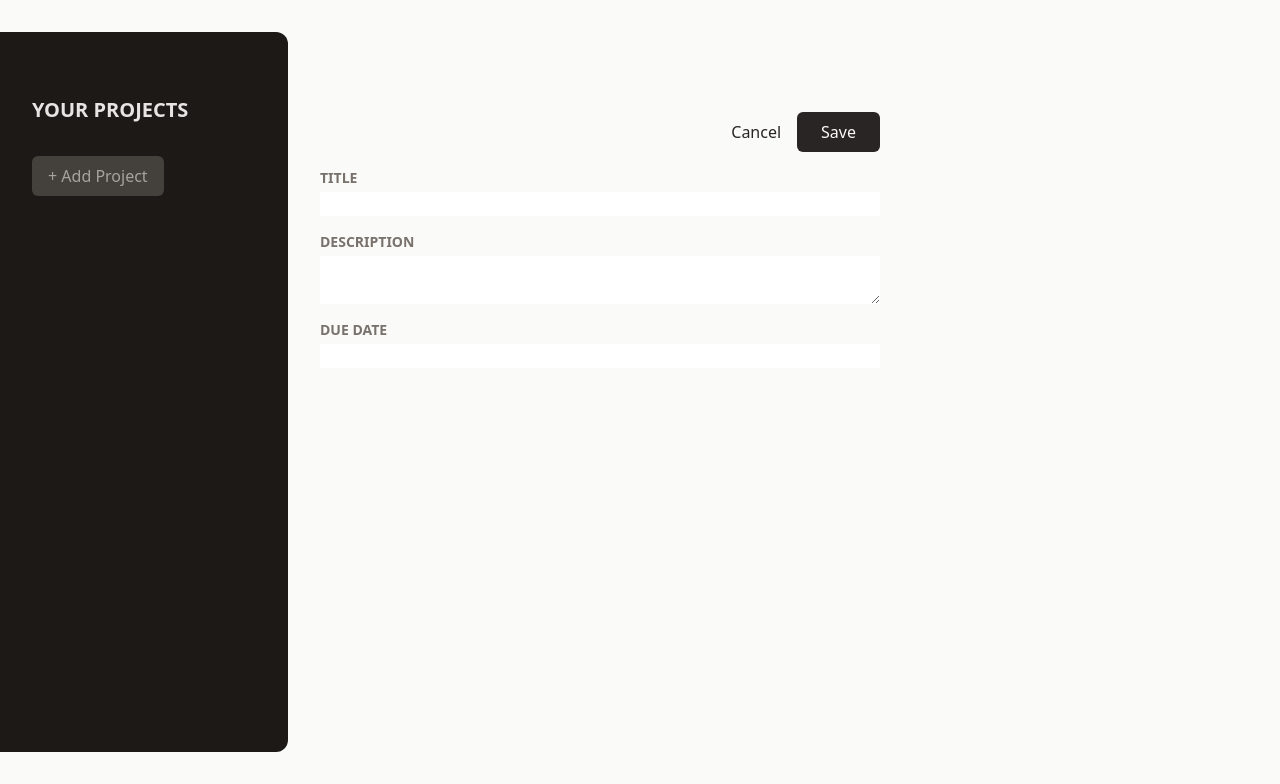
Repository: collyrium921/project-management
Page: /
These files come from the project's save history. The page is drawn as it stood at one moment and after the next save; the edit follows.
The browser window is 1280 px wide. The pictures show the whole page.
The project was rebuilt for these pictures with package versions that can differ from the ones it lists, and the page was loaded fresh each time. Also part of the build but not shown: vite.config.js.

Above is the page before, as saved 2024-07-11 01:58:29.

### src/App.jsx
import NewProject from "./components/NewProject";
import ProjectsSidebar from "./components/ProjectsSidebar";

function App() {
  return (
    <main className="h-screen my-8 flex gap-8">
      <ProjectsSidebar />
      <NewProject />
    </main>
  );
}

export default App;

### src/components/NewProject.jsx
import Input from "./Input";

export default function NewProject() {
  return (
    <div className="w-[35rem] mt-16">
      <menu className="flex items-center justify-end gap-4 my-4">
        <li>
          <button className="text-stone-800 hover:text-stone-950">Cancel</button>
        </li>
        <li>
          <button className="px-6 py-2 rounded-md bg-stone-800 text-stone-50 hover:bg-stone-950">Save</button>
        </li>
      </menu>
      <div>
        <Input label="Title" />
        <Input label="Description" textarea />
        <Input label="Due Date" />
      </div>
    </div>
  );
}

### src/components/ProjectsSidebar.jsx
export default function ProjectsSidebar() {
  return (
    <aside className="w-1/3 px-8 py-16 bg-stone-900 text-stone-50 md:w-72 rounded-r-xl">
      <h2 className="mb-8 font-bold uppercase md:text-xl text-stone-200">
        {" "}
        Your Projects
      </h2>
      <div>
        <button className="px-4 py-2 text-xs md:text-base rounded-md bg-stone-700 text-stone-400 hover:bg-stone-600 hover:text-stone-100">
          + Add Project
        </button>
      </div>
    </aside>
  );
}

### src/components/Input.jsx
export default function Input({label,textarea, ...props}){
    return <p className="flex flex-col gap-1 my-4">
        <label className="text-sm font-bold uppercase text-stone-500" htmlFor="">{label}</label>
        {textarea ? <textArea {...props} />: <input {...props} />}
    </p>
}

Loaded but not shown: index.html (common file); src/main.jsx (common file); src/index.css (common file); tailwind.config.js (common file)

After the next save:
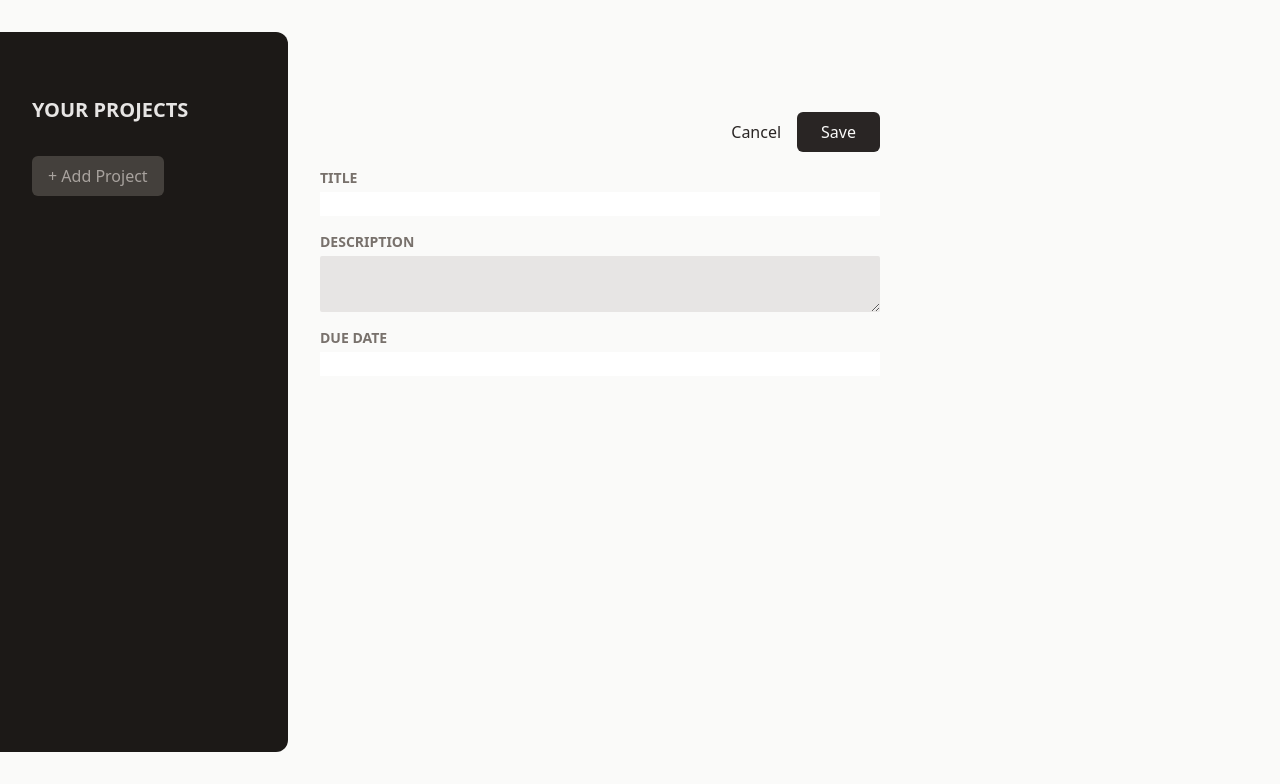
Saved 82 s later.
--- a/src/components/Input.jsx
+++ b/src/components/Input.jsx
@@ -1,6 +1,6 @@
 export default function Input({label,textarea, ...props}){
     return <p className="flex flex-col gap-1 my-4">
         <label className="text-sm font-bold uppercase text-stone-500" htmlFor="">{label}</label>
-        {textarea ? <textArea {...props} />: <input {...props} />}
+        {textarea ? <textArea className="w-full p-1 border-p-2 rounded-sm border-stone-300 bg-stone-200 text-stone-600 focus:outline-none focus:border-stone-600" {...props} />: <input {...props} />}
     </p>
 }
